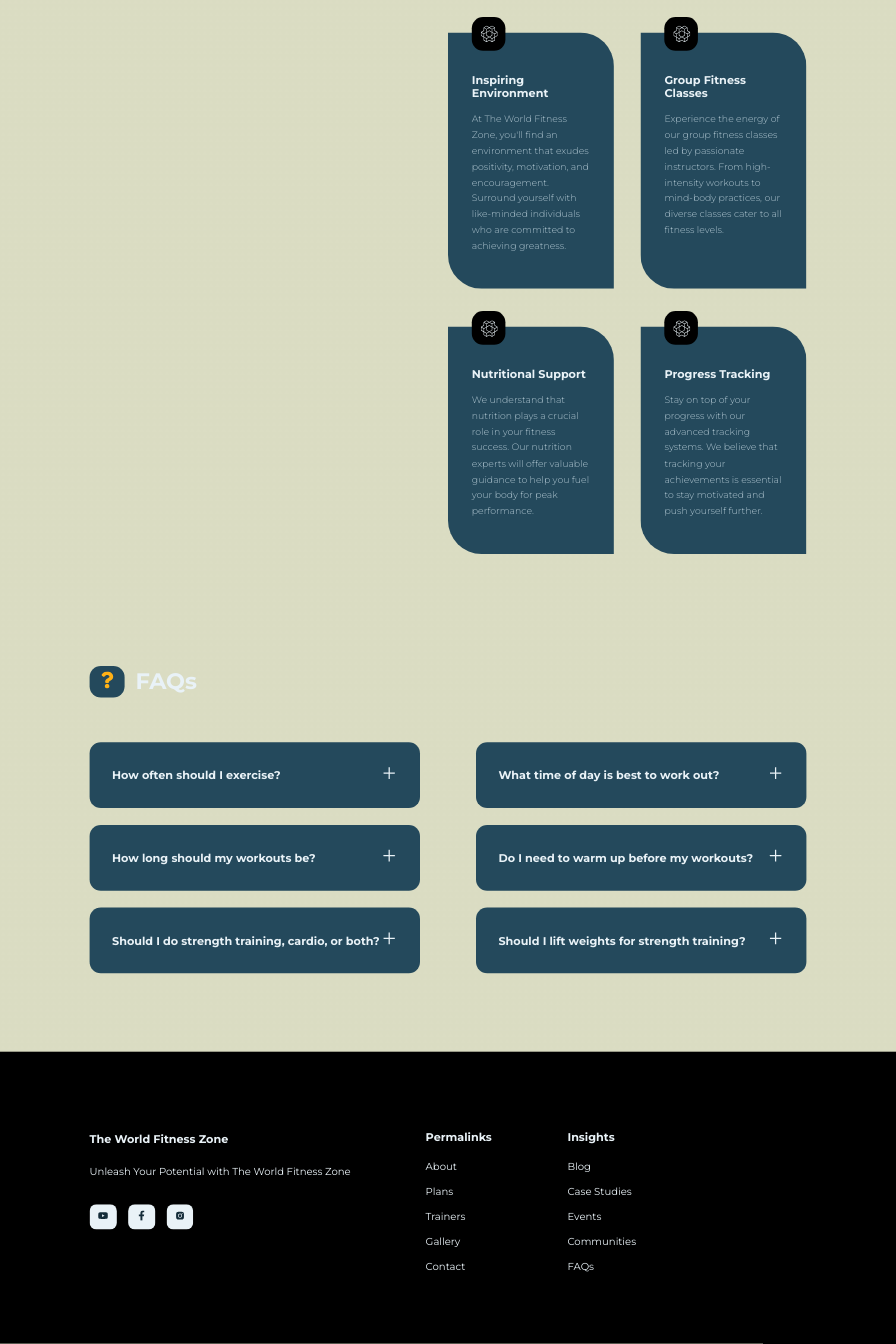
Repository: aryaMode/gym-portfolio
Page: /
These files come from the project's save history. The page is drawn as it stood at one moment and after the next save; the edit follows.
The browser window is 1280 px wide. The pictures show the part of the page from y = 2298 to 4218 px (the page is 4218 px tall), at 70% of full size.
The project was rebuilt for these pictures with package versions that can differ from the ones it lists, and the page was loaded fresh each time. Also part of the build but not shown: src/components/Testimonial.jsx, src/pages/about/about.css, src/components/Header.jsx, src/pages/about/About.jsx, src/pages/contact/contact.css, src/pages/contact/Contact.jsx, src/pages/gallery/gallery.css, src/pages/gallery/Gallery.jsx and 7 more.

Above is the page before, as saved 2023-07-20 18:09:43.

After the next save:
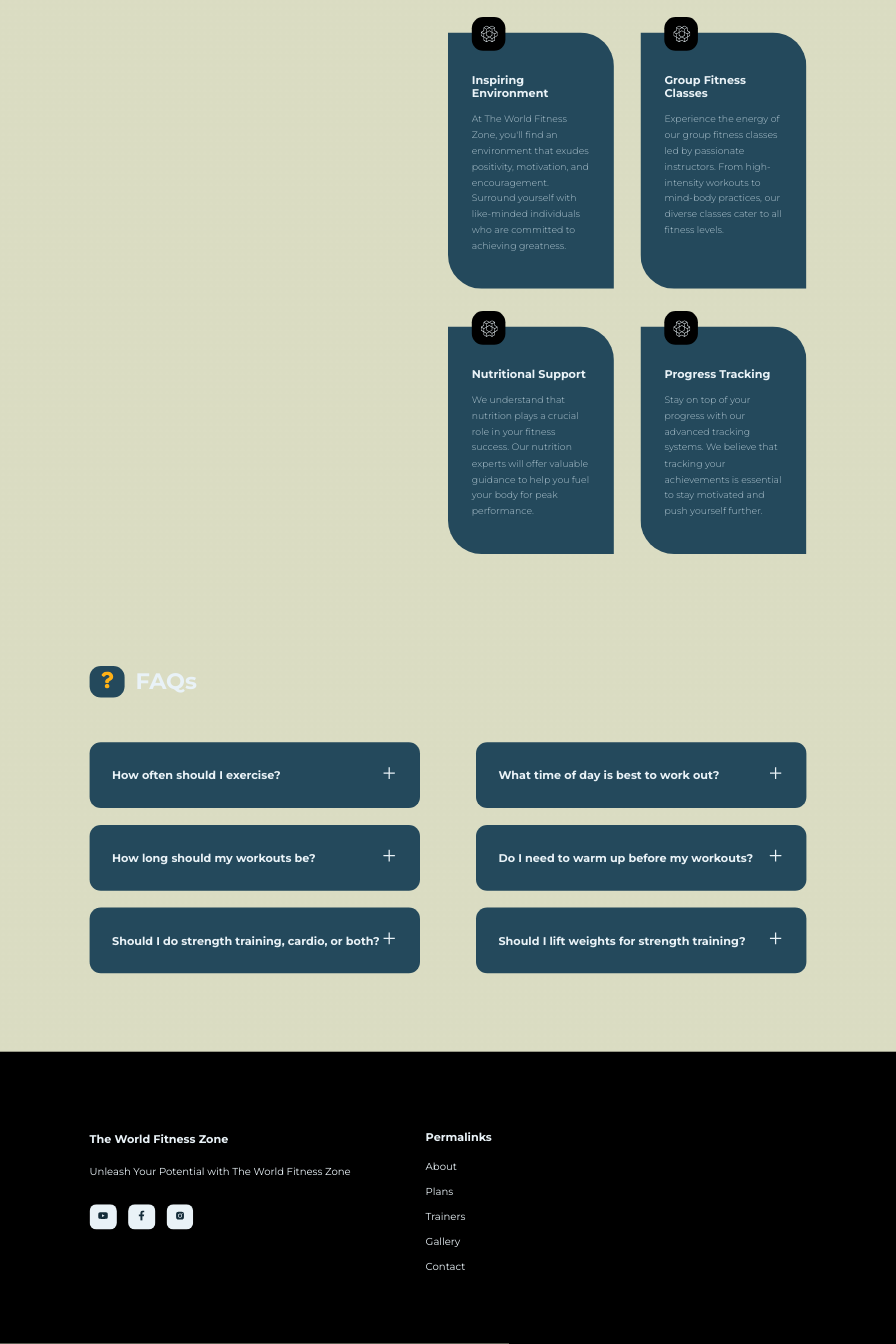
Saved 16 s later.
--- a/src/components/Footer.jsx
+++ b/src/components/Footer.jsx
@@ -52,14 +52,14 @@ const Footer = () => {
 					<Link to="/gallery">Gallery</Link>
 					<Link to="/contact">Contact</Link>
 				</article>
-				<article>
+				{/* <article>
 					<h4>Insights</h4>
 					<Link to="/s">Blog</Link>
 					<Link to="/s">Case Studies</Link>
 					<Link to="/s">Events</Link>
 					<Link to="/s">Communities</Link>
 					<Link to="/constact">FAQs</Link>
-				</article>
+				</article> */}
 				<article>
 					{/* <h4>Get In Touch</h4> */}
 					{/* <Link to="/contact">Plans</Link> */}
